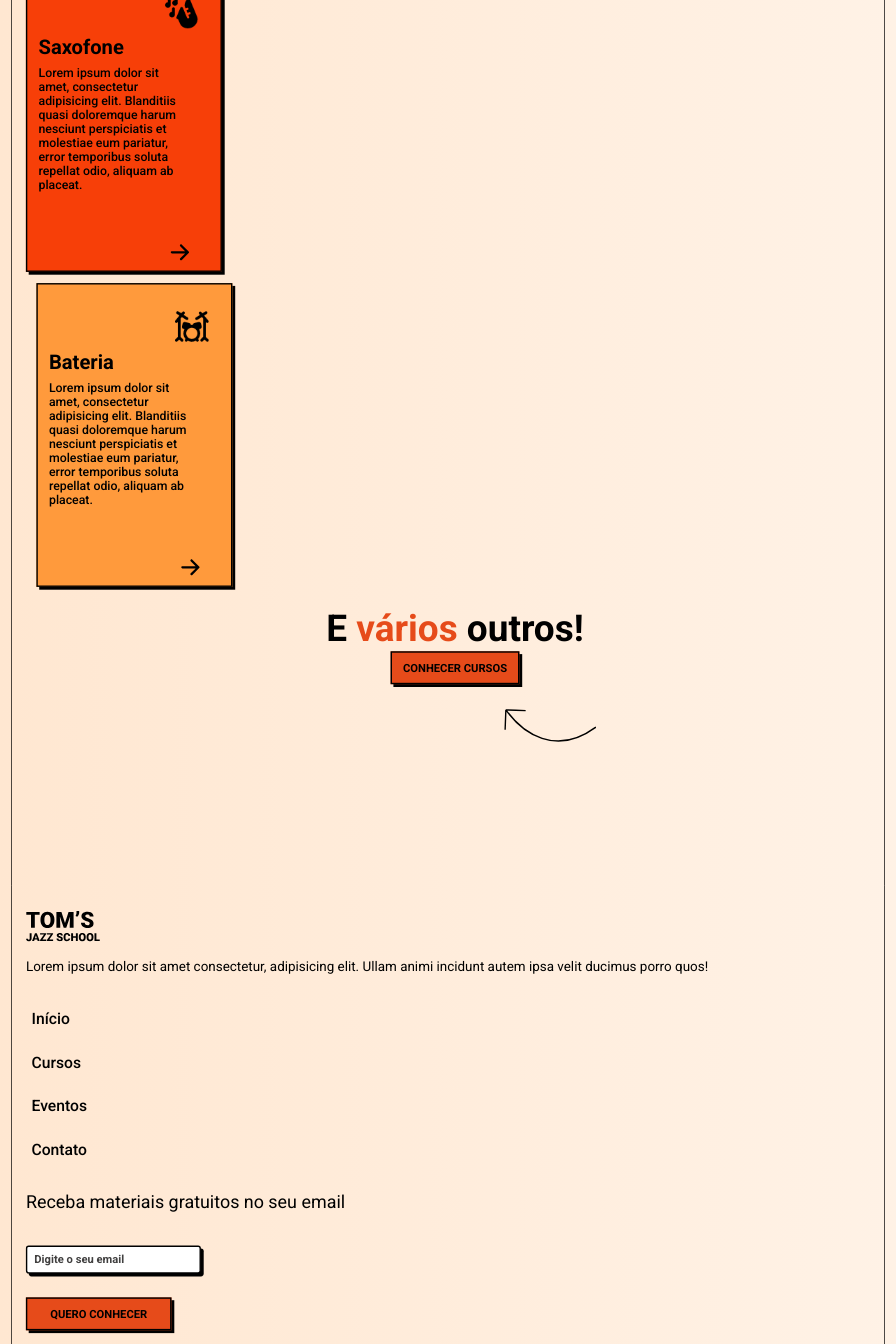
Repository: guilhermecardoso93/obebitecode
Page: index.html
The author's editor kept a copy of each file at every save. The page is drawn from the files as they stood at one save, then again after the next save.
The browser window is 1280 px wide. The pictures show the part of the page from y = 2439 to 4359 px (the page is 4359 px tall before and 4355 px after), at 70% of full size.

Above is the page before, as saved 2023-08-16 20:51:56.

After the next save:
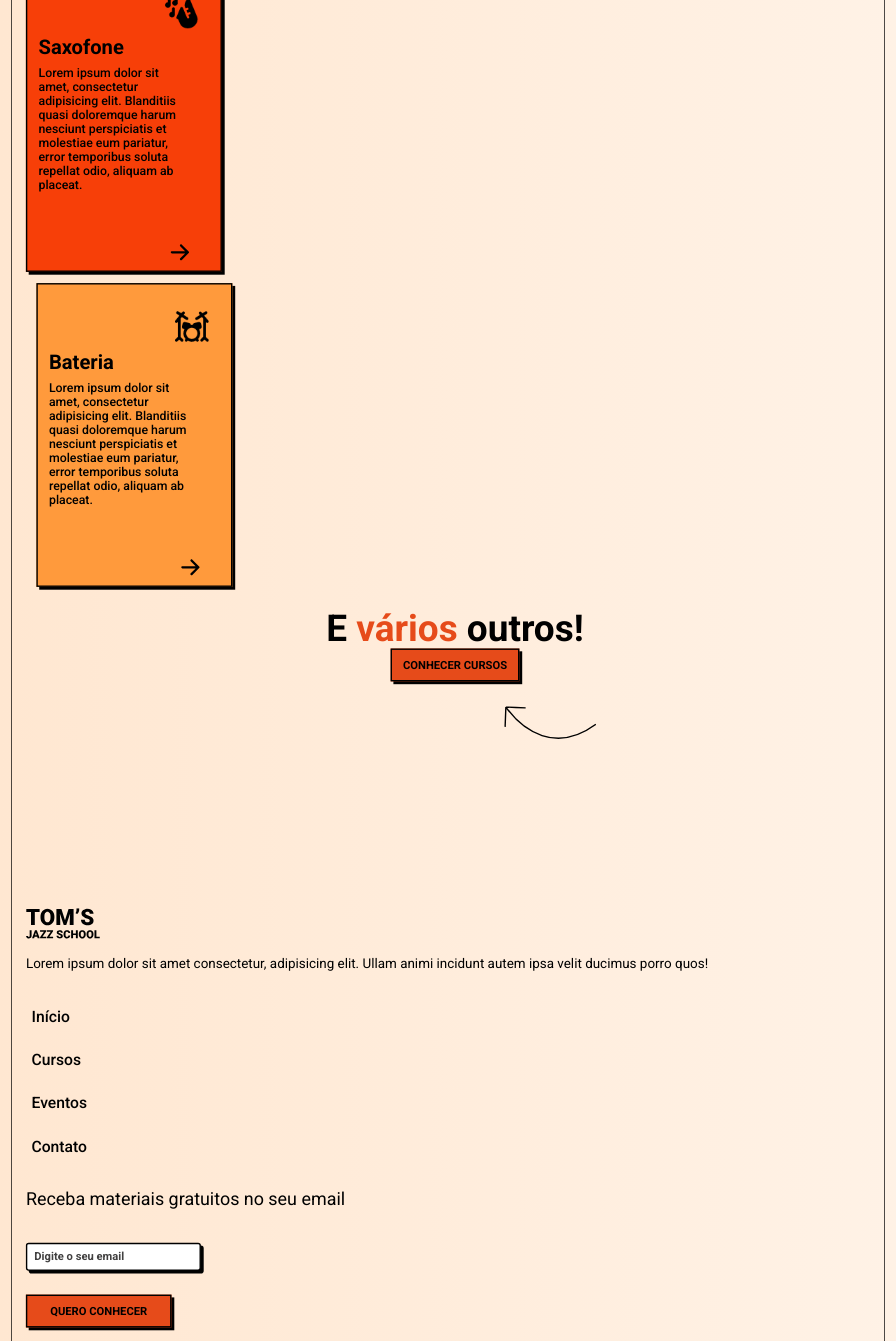
Saved 17 s later.
--- a/css/main.css
+++ b/css/main.css
@@ -104,7 +104,6 @@ h2 {
   display: flex;
   flex-direction: column;
   align-items: center;
-  gap: 4px;
   font-weight: 900;
   font-size: 2.5rem;
   margin: 2rem 0;
